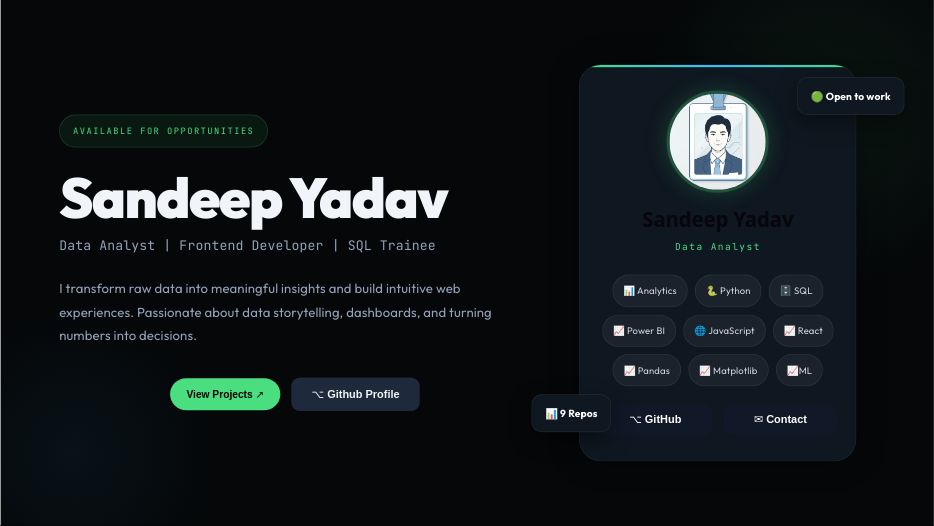
Repository: SandeepYadav18717/sandeepyadav
Page: / (app in Datanaltics_ portfolio/)
These files come from the project's save history. The page is drawn as it stood at one moment and after a run of saves; the edit follows.
The browser window is 1280 px wide. The pictures show the whole page, at 73% of full size.
The project was rebuilt for these pictures with package versions that can differ from the ones it lists, and the page was loaded fresh each time. Also part of the build but not shown: Datanaltics_ portfolio/vite.config.js, Datanaltics_ portfolio/src/App.css.

Above is the page before, as saved 2026-05-23 09:21:54.

After the next 2 saves:
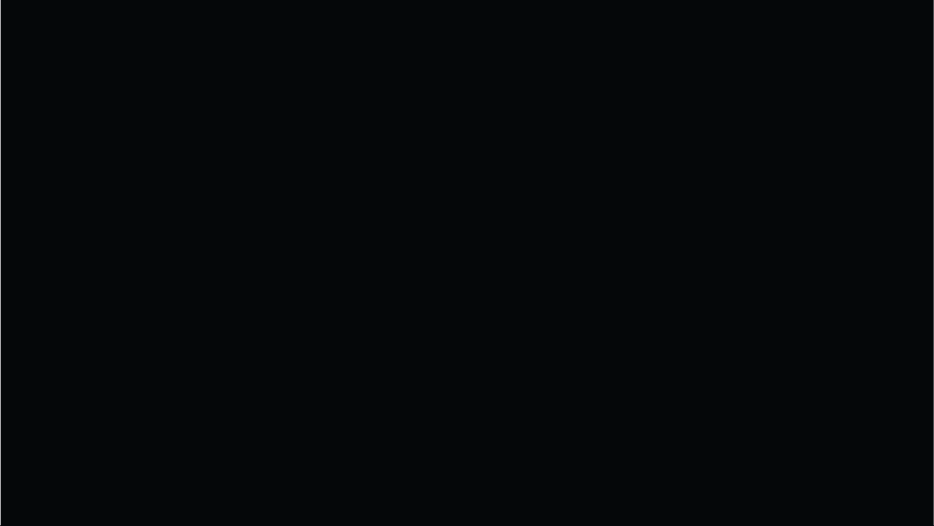
Console error: ReferenceError: quotes is not defined
The 2 saves are shown as one change because they came seconds apart.
The last was saved 24 s later.
--- a/Datanaltics_ portfolio/src/pages/About.jsx
+++ b/Datanaltics_ portfolio/src/pages/About.jsx
@@ -35,7 +35,10 @@ const About = () => {
   const [currentQuote, setCurrentQuote] = useState(0);
   const [glow, setGlow] = useState({ x: 0, y: 0 });
 
-
+  useEffect(() => {
+    const quoteInterval = setInterval(() => {
+      setCurrentQuote((prev) => (prev + 1) % quotes.length);
+    }, 3000);
 
     const handleMouseMove = (e) => {
       setGlow({ x: e.clientX, y: e.clientY });
@@ -47,7 +50,7 @@ const About = () => {
       clearInterval(quoteInterval);
       window.removeEventListener("mousemove", handleMouseMove);
     };
-
+  }, []);
 
   return (
     <section className="about-section">
@@ -105,7 +108,7 @@ const About = () => {
             </p>
 
             <div className="highlights">
-              <div className="highlight green">🎧 Did u want Resume?</div>
+              <div className="highlight green">🎧 lofi hip hop + pandas</div>
               <div className="highlight blue">⚡ always shipping</div>
             </div>
 

After the save that followed:
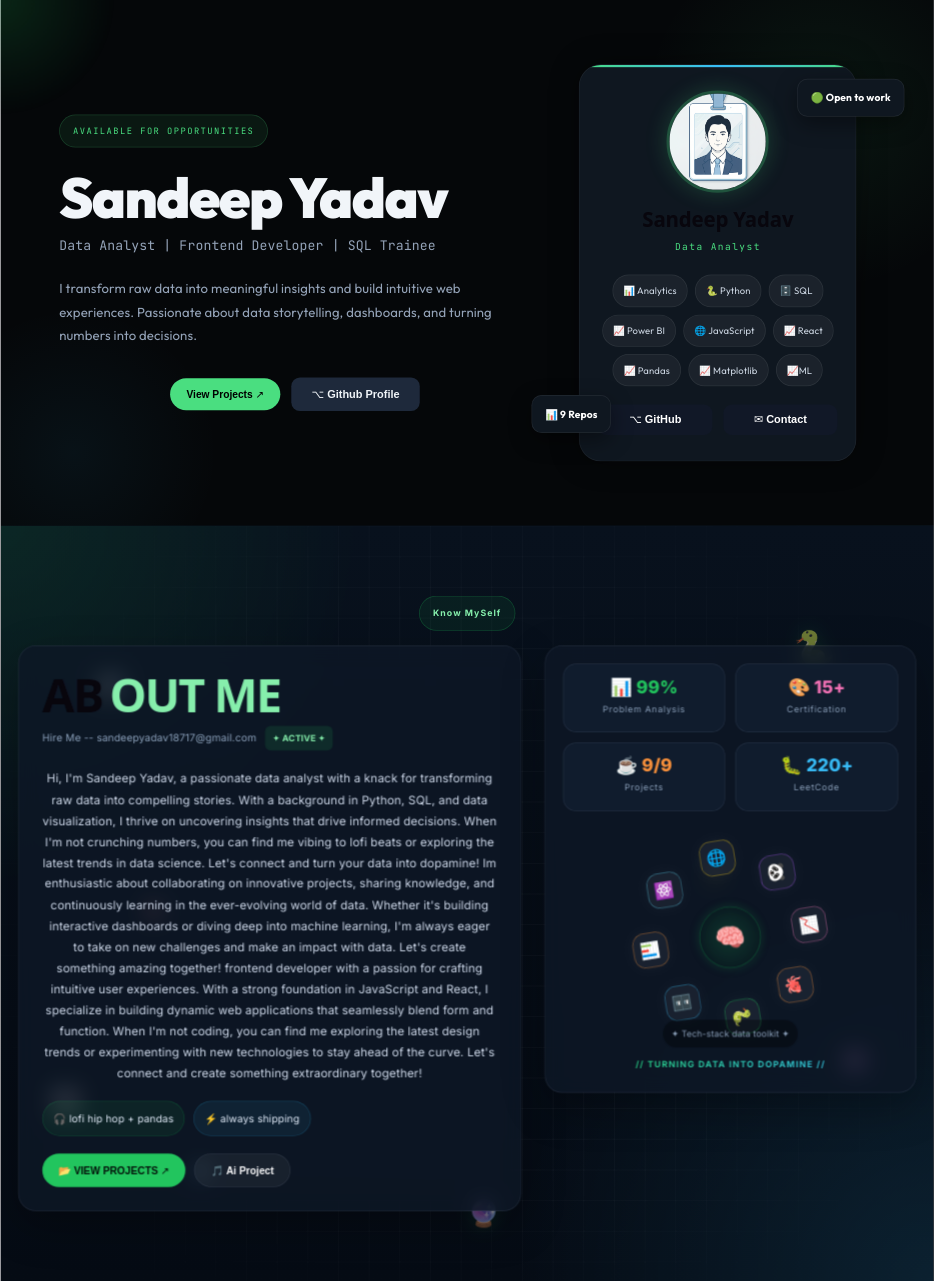
The error is gone.
Saved 18 s later.
--- a/Datanaltics_ portfolio/src/pages/About.jsx
+++ b/Datanaltics_ portfolio/src/pages/About.jsx
@@ -18,7 +18,13 @@ const techStack = [
   { name: "Git", icon: "🐙", color: "orange" }
 ];
 
-
+const quotes = [
+  "✨ turning chaos into insights ✨",
+  "📈 data storyteller by heart 📈",
+  "🎯 99.9% accuracy or bust 🎯",
+  "🌀 live. laugh. analyze. 🌀",
+  "🤖 python > everything 🤖"
+];
 
 const floatingElements = [
   { icon: "📊", left: "10%", top: "20%", delay: "0s", size: "2rem" },
